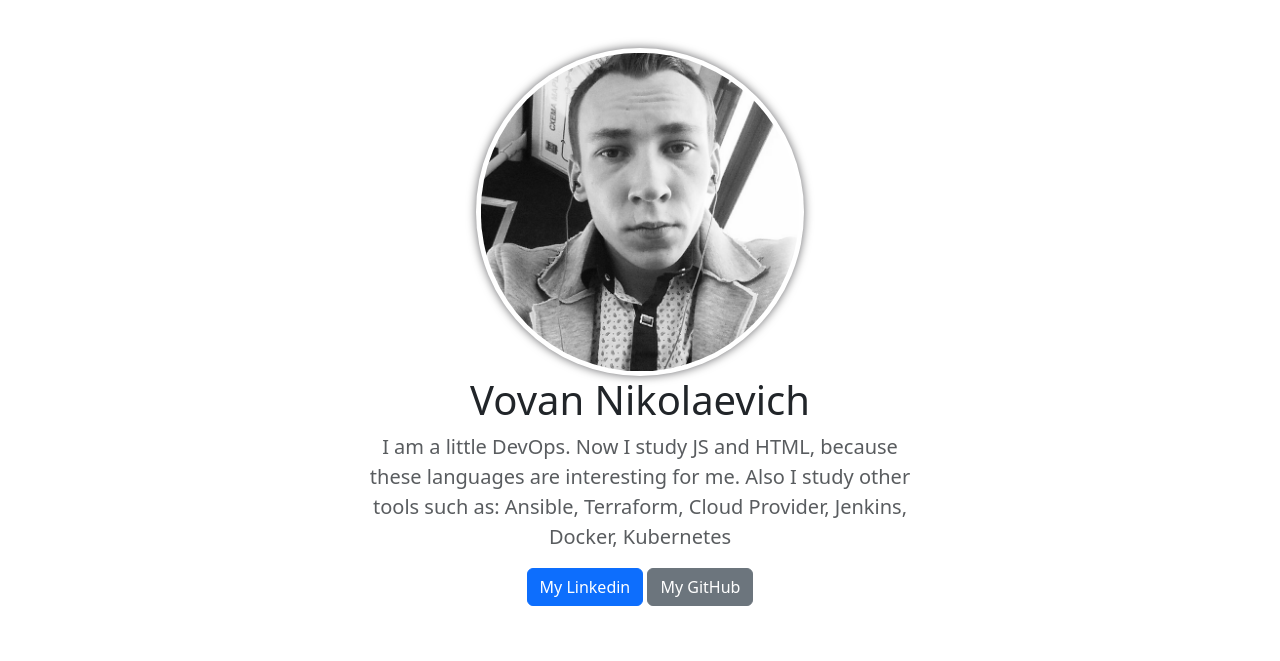
Repository: vovanbl411/mini-web-site
Page: index.html
An editor plug-in stored every save of this project. The page is shown before and after the next save, followed by the edit.
The browser window is 1280 px wide. The pictures show the whole page.

Above is the page before, as saved 2023-01-21 23:46:28.

After the next save:
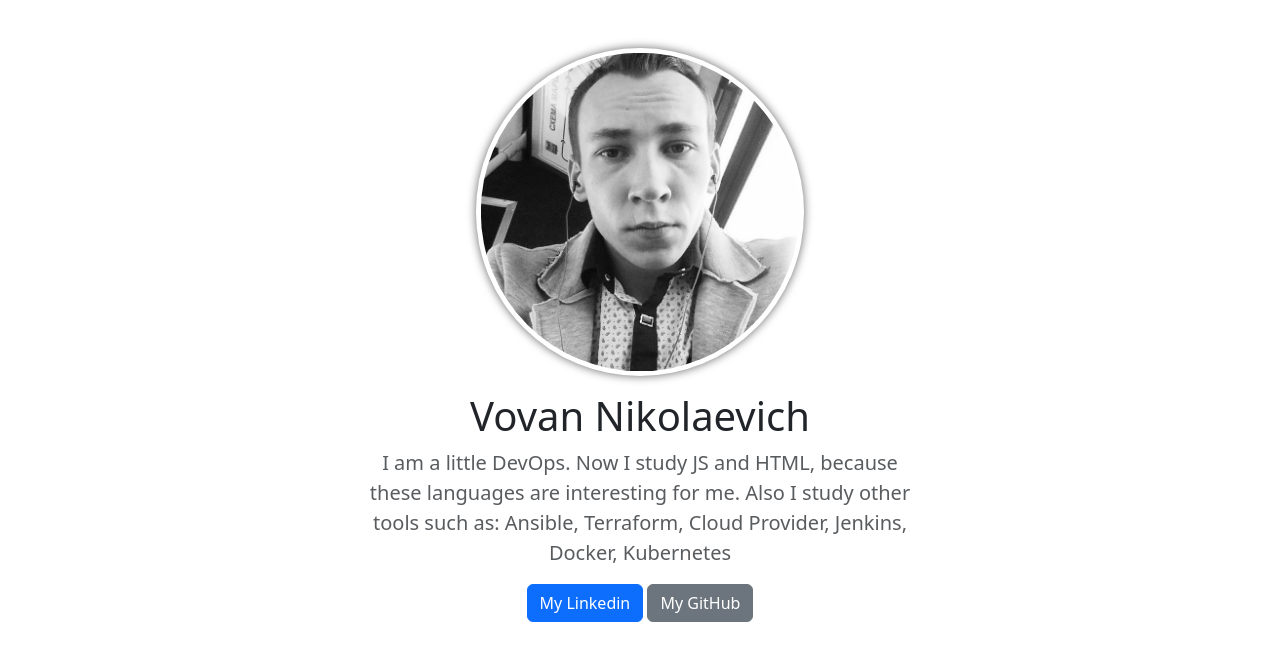
Saved 4 min 38 s later.
--- a/index.html
+++ b/index.html
@@ -16,6 +16,7 @@
         border-radius: 50%;
         box-shadow: 0 0 10px rgba(0, 0, 7, 0.6);
         padding: 0.3em;
+        margin-bottom: 1em;
       }
     </style>
   </head>
